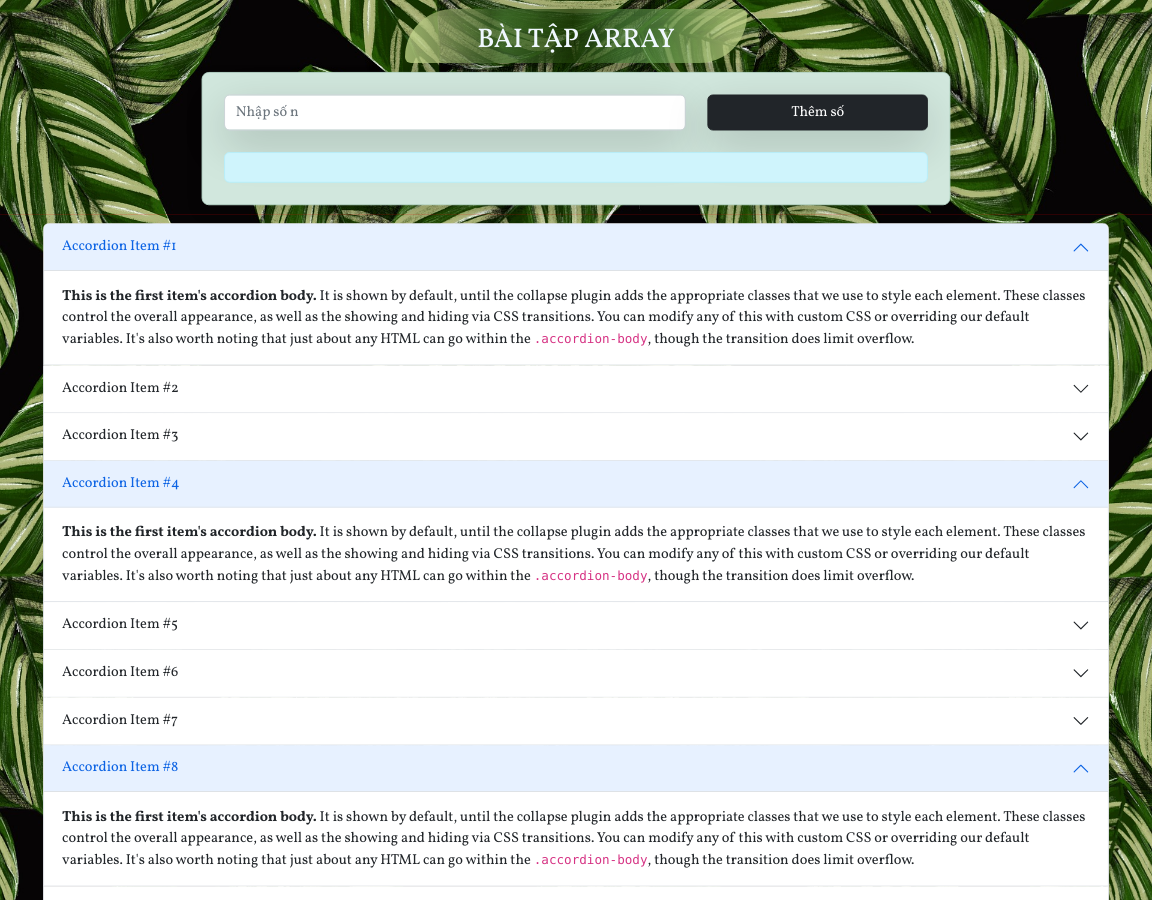
Repository: hcozyph/TranHuuPhuoc_BC43_BT_JS_Buoi7_8_ARRAY
Page: index.html
An editor plug-in stored every save of this project. The page is shown before and after the next save, followed by the edit.
The browser window is 1280 px wide. The pictures show the whole page, at 90% of full size.
Backgrounds fixed to the window are drawn as part of the page.

Above is the page before, as saved 2023-02-22 16:42:06.

After the next save:
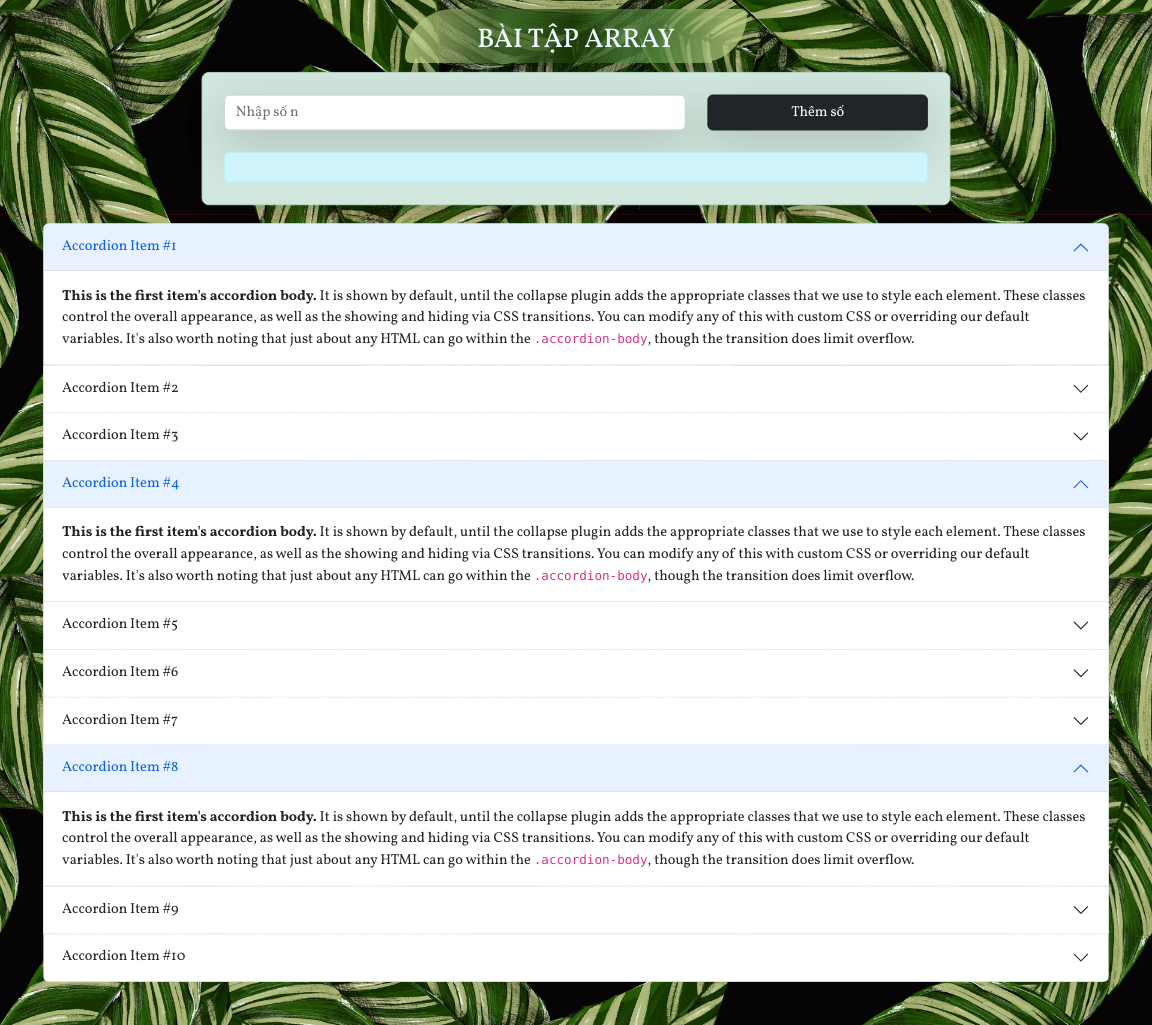
Saved 31 s later.
--- a/css/index.css
+++ b/css/index.css
@@ -18,7 +18,7 @@
     background-repeat: no-repeat;
     background-attachment: fixed;
 
-    height: 1000px;
+    /* height: 1000px; */
     position: relative;
 }
 
